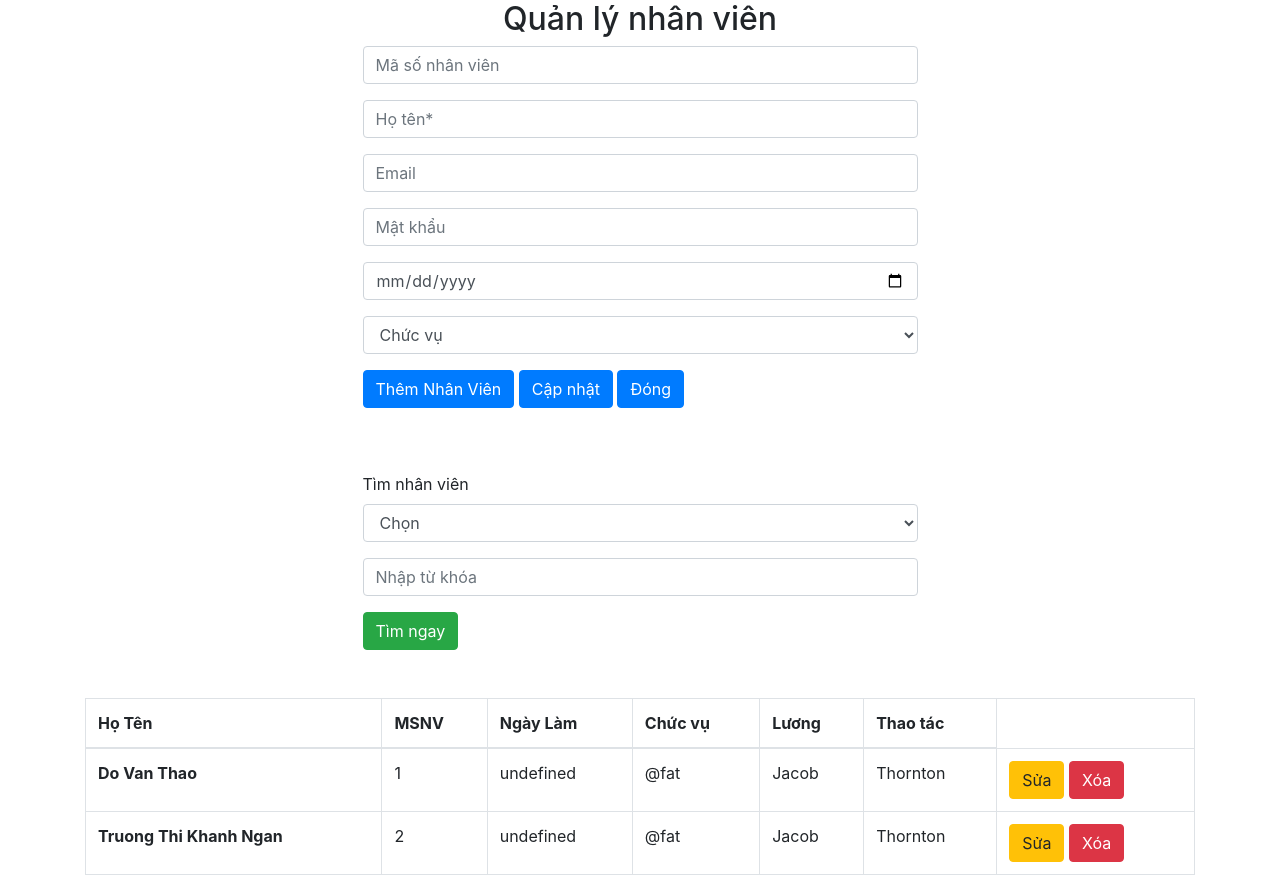
Repository: dovanthao2404/quanlynhanvien
Page: index.html
These files come from the project's save history. The page is drawn as it stood at one moment and after the next save; the edit follows.
The browser window is 1280 px wide. The pictures show the whole page.

Above is the page before, as saved 2021-06-30 00:57:03.

After the next save:
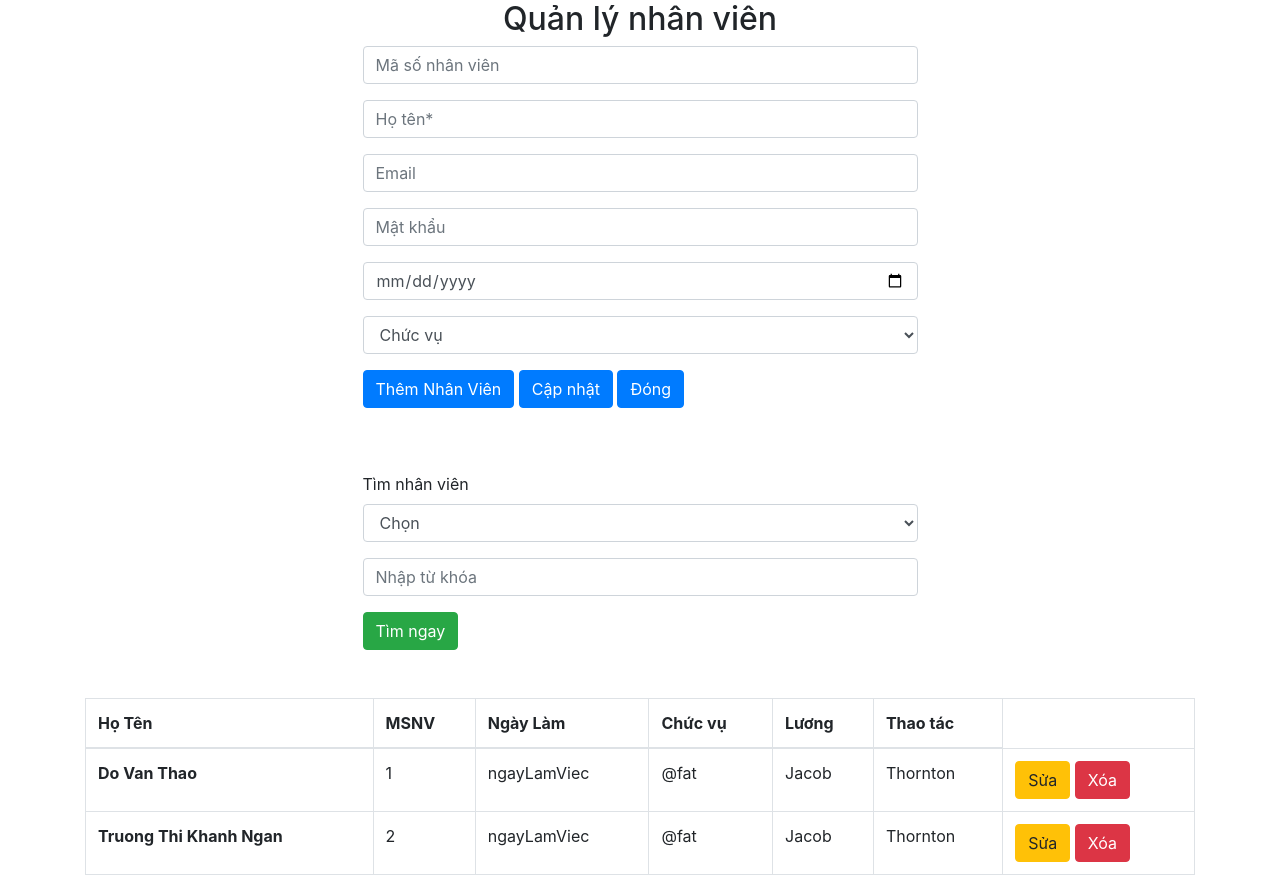
Saved 19 s later.
--- a/js/main.js
+++ b/js/main.js
@@ -70,7 +70,7 @@ function HienThiDanhSach(dsnv) {
     htmls += `<tr>
           <th scope="row">${dsnv[i].hoTen}</th>
           <td>${dsnv[i].maNV}</td>
-          <td>${dsnv[i].ngayLam}</td>
+          <td>${dsnv[i].ngayLamViec}</td>
           <td>@fat</td>
           <td>Jacob</td>
           <td>Thornton</td>
